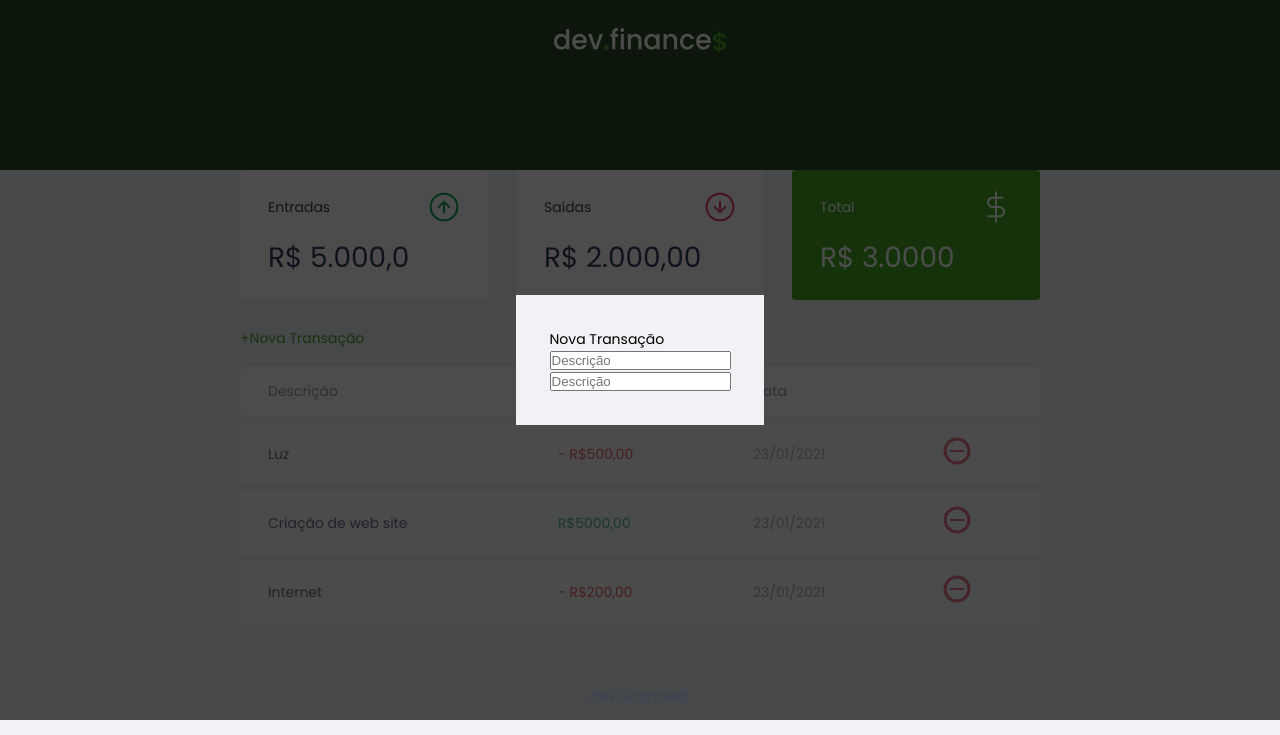
Repository: rafaelmgr12/maratona-dev01
Page: index.html
The author's editor kept a copy of each file at every save. The page is drawn from the files as they stood at one save, then again after the next save.
The browser window is 1280 px wide. The pictures show the whole page.

Above is the page before, as saved 2021-04-28 11:34:26.

After the next save:
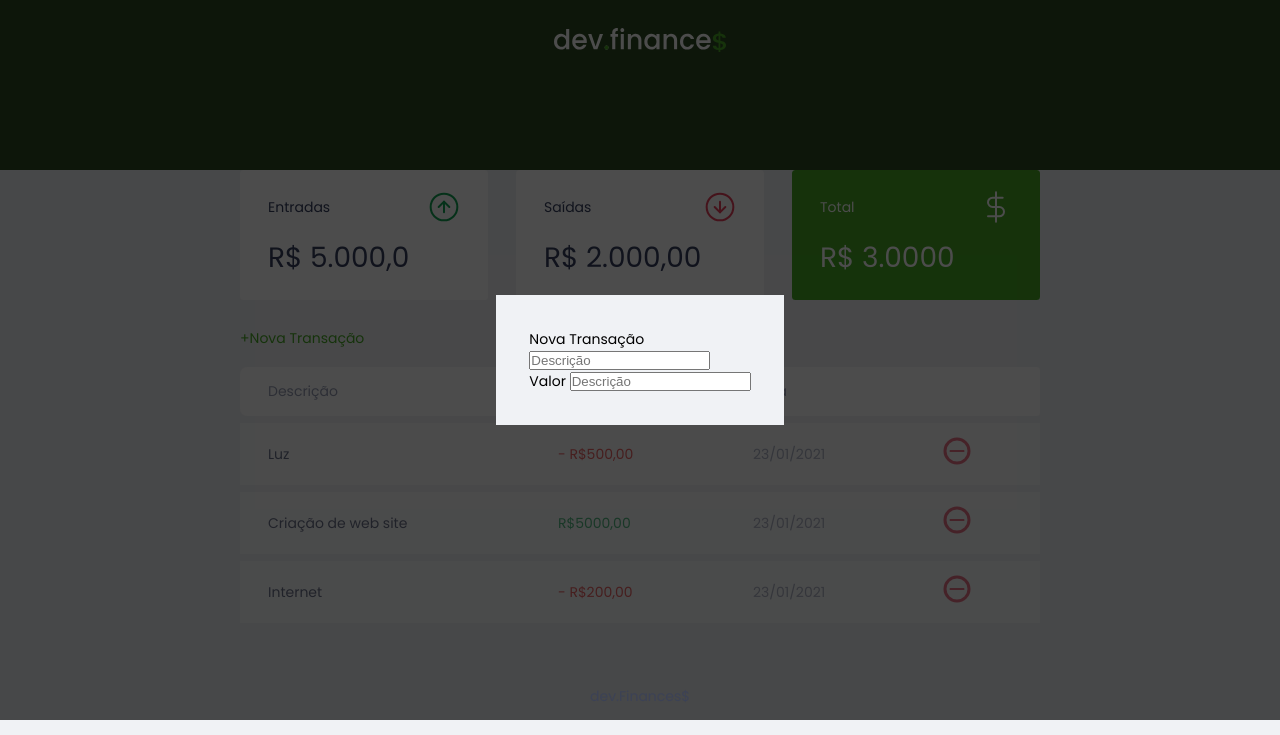
Saved 23 s later.
--- a/index.html
+++ b/index.html
@@ -92,7 +92,7 @@
             />
           </div>
           <div class="input-group">
-            <label class="sr-only" for="amount"> Valor </label>
+            <label for="amount"> Valor </label>
             <input type="number"
                     id = "amount"
                     name= "amount"

After the save that followed:
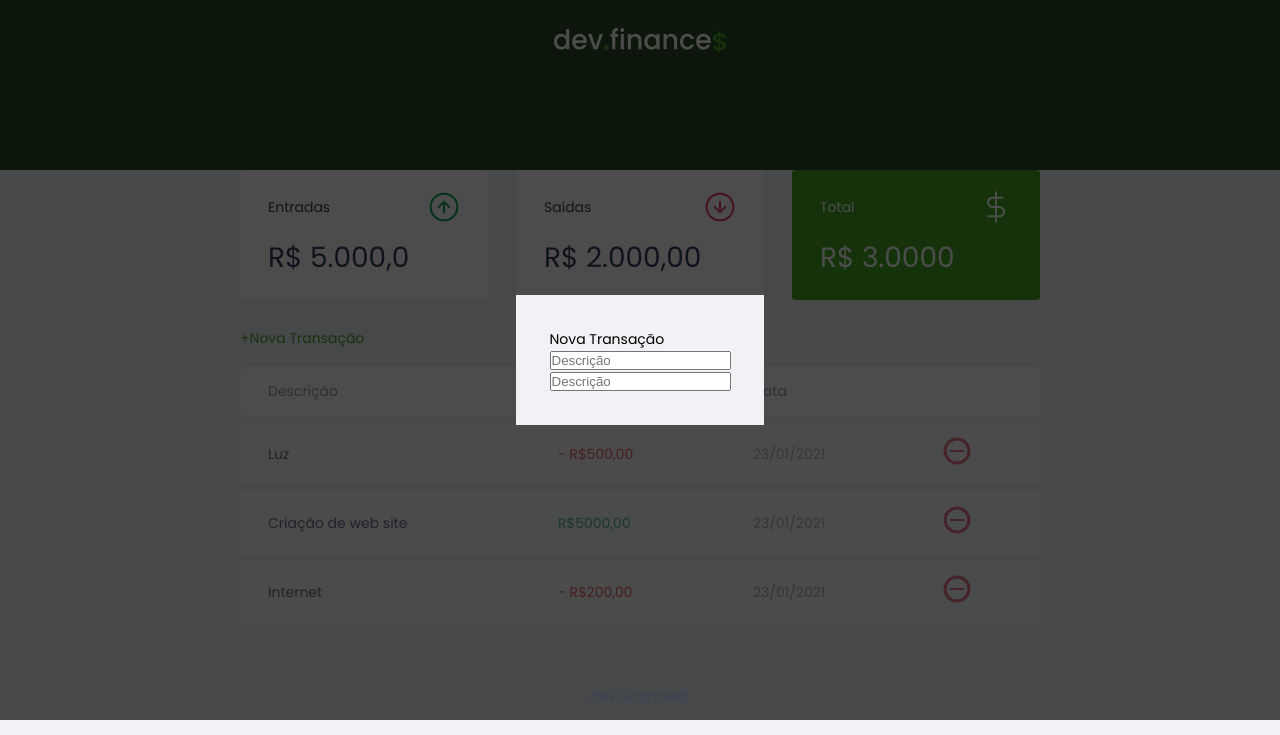
Saved 13 s later.
--- a/index.html
+++ b/index.html
@@ -92,7 +92,7 @@
             />
           </div>
           <div class="input-group">
-            <label for="amount"> Valor </label>
+            <label class="sr-only" for="amount"> Valor </label>
             <input type="number"
                     id = "amount"
                     name= "amount"
